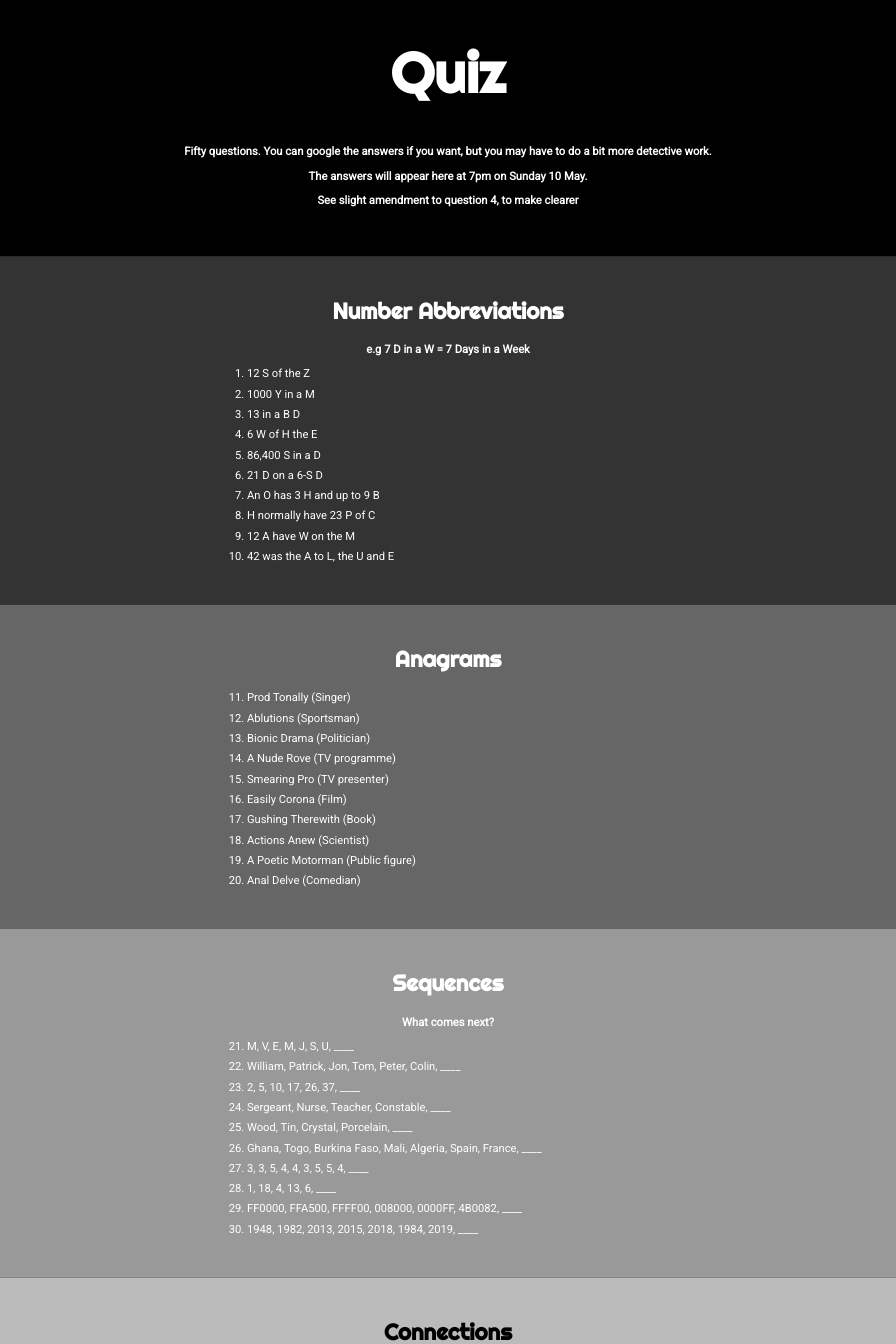
Repository: Domehead123/quiz
Page: index.html
The author's editor kept a record of every edit. The page is drawn from the files as they stood at one moment, then again after the next edit.
The browser window is 1280 px wide. The pictures show the part of the page from y = 0 to 1920 px (the page is 4644 px tall before and 4609 px after), at 70% of full size.

Above is the page before.

After the next edit:
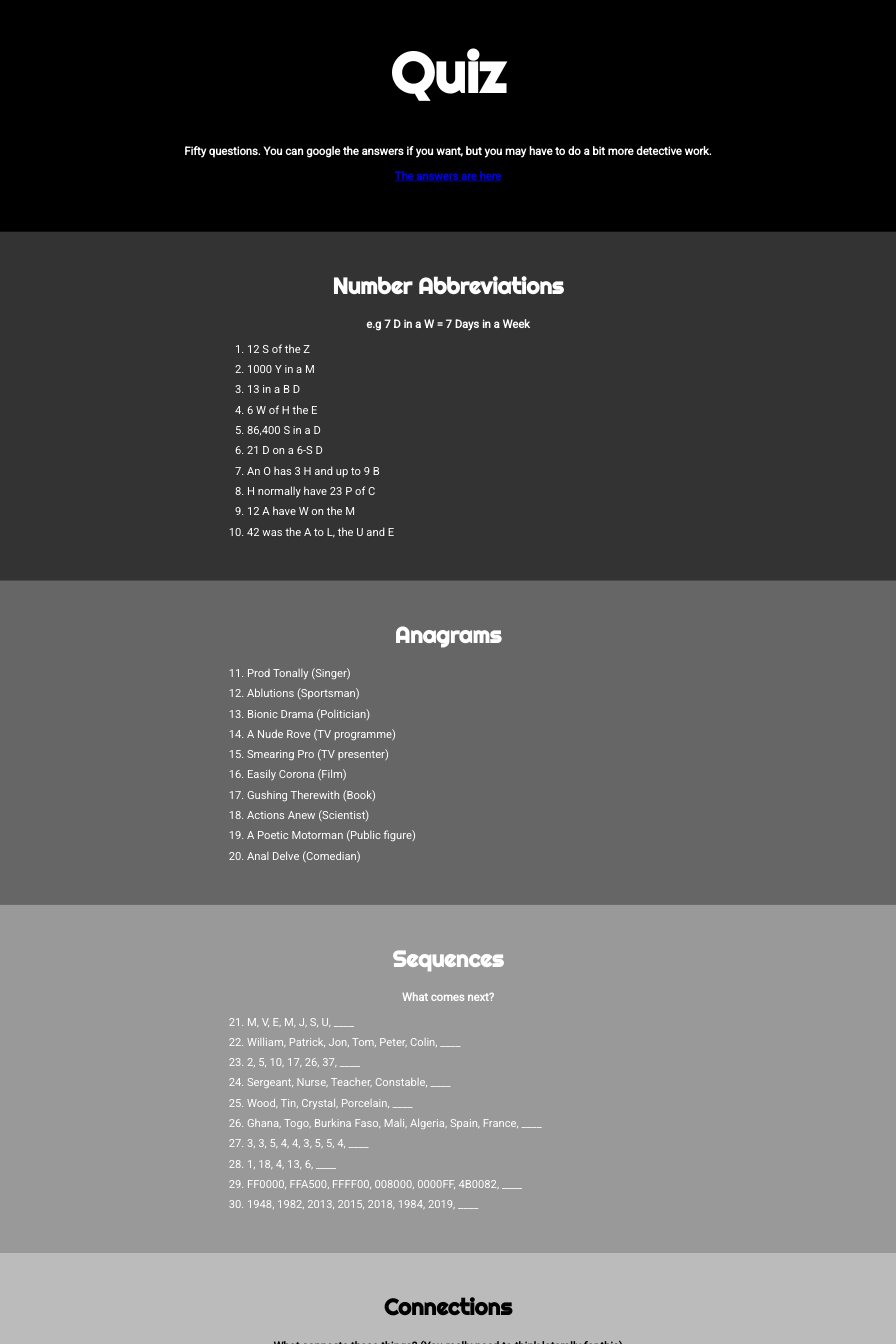
The edit:
--- a/index.html
+++ b/index.html
@@ -15,8 +15,7 @@
     <div class="container">
         <h1>Quiz</h1>
         <p>Fifty questions. You can google the answers if you want, but you may have to do a bit more detective work.</p>
-        <p>The answers will appear here at 7pm on Sunday 10 May.</p>
-        <p>See slight amendment to question 4, to make clearer</p>
+        <p><a class="answers" href="answers.html">The answers are here</a></p>
     </div>
 
     <div class="section one">
